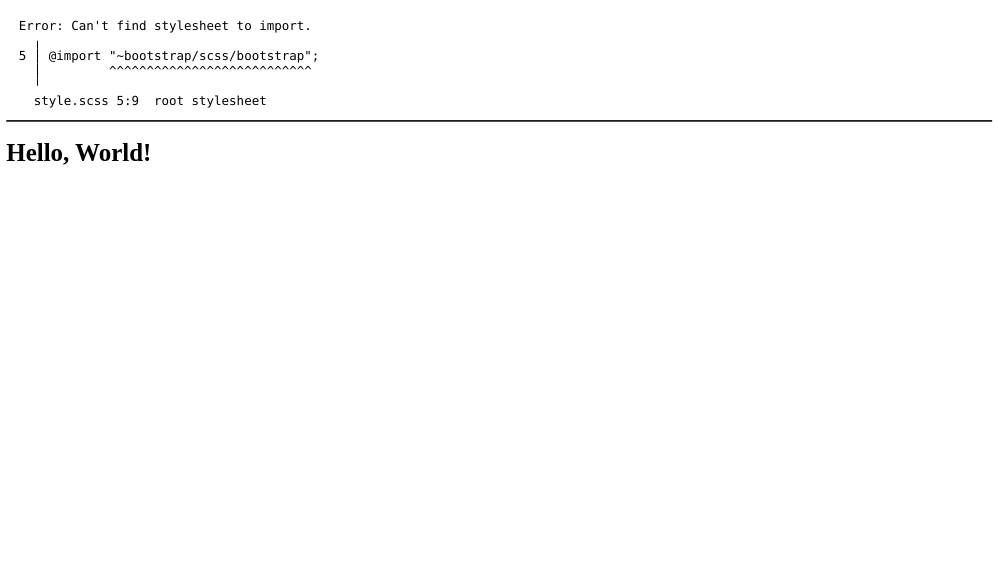
Repository: angeldavid233/GeoEx-Colombia
Page: / (app in geoex-colombia/)
The author's editor kept a copy of each file at every save. The page is drawn from the files as they stood at one save, then again after the next save.
The browser window is 1280 px wide. The pictures show the whole page, at 78% of full size.
The project was rebuilt for these pictures with package versions that can differ from the ones it lists, and the page was loaded fresh each time.

Above is the page before, as saved 2024-10-09 20:36:06.

### geoex-colombia/public/index.html
<!DOCTYPE html>
<html lang="en">
  <head>
    <meta charset="utf-8" />
    <link rel="icon" href="%PUBLIC_URL%/favicon.ico" />
    <meta name="viewport" content="width=device-width, initial-scale=1" />
    <meta
      name="description"
      content="Web site created using create-react-app"
    />
    <link rel="apple-touch-icon" href="%PUBLIC_URL%/logo192.png" />
    <!--
      manifest.json provides metadata used when your web app is installed on a
      user's mobile device or desktop. See https://developers.google.com/web/fundamentals/web-app-manifest/
    -->
    <link rel="manifest" href="%PUBLIC_URL%/manifest.json" />
    <!--
      Notice the use of %PUBLIC_URL% in the tags above.
      It will be replaced with the URL of the `public` folder during the build.
      Only files inside the `public` folder can be referenced from the HTML.

      Unlike "/favicon.ico" or "favicon.ico", "%PUBLIC_URL%/favicon.ico" will
      work correctly both with client-side routing and a non-root public URL.
      Learn how to configure a non-root public URL by running `npm run build`.
    -->
    <title>GeoEx-Colombia</title>
  </head>
  <body>
    <noscript>You need to enable JavaScript to run this app.</noscript>
    <div id="root"></div>
    <!--
      This HTML file is a template.
      If you open it directly in the browser, you will see an empty page.

      You can add webfonts, meta tags, or analytics to this file.
      The build step will place the bundled scripts into the <body> tag.

      To begin the development, run `npm start` or `yarn start`.
      To create a production bundle, use `npm run build` or `yarn build`.
    -->
  </body>
</html>

### geoex-colombia/src/index.js
import React from 'react';
import ReactDOM from 'react-dom/client';
import './scss/style.css';
import App from './App';

const root = ReactDOM.createRoot(document.getElementById('root'));
root.render(
  <React.StrictMode>
    <App />
  </React.StrictMode>
);

### geoex-colombia/src/scss/style.css
/* Error: Can't find stylesheet to import.
 *   ,
 * 5 | @import "~bootstrap/scss/bootstrap";
 *   |         ^^^^^^^^^^^^^^^^^^^^^^^^^^^
 *   '
 *   style.scss 5:9  root stylesheet */

body::before {
  font-family: "Source Code Pro", "SF Mono", Monaco, Inconsolata, "Fira Mono",
      "Droid Sans Mono", monospace, monospace;
  white-space: pre;
  display: block;
  padding: 1em;
  margin-bottom: 1em;
  border-bottom: 2px solid black;
  content: "Error: Can't find stylesheet to import.\a   \2577 \a 5 \2502  @import \"~bootstrap/scss/bootstrap\";\d\a   \2502          ^^^^^^^^^^^^^^^^^^^^^^^^^^^\a   \2575 \a   style.scss 5:9  root stylesheet";
}

### geoex-colombia/src/App.js
import React from 'react';

function App() {
  return (
    <div>
      <h1>Hello, World!</h1>
    </div>
  );
}

export default App;

After the next save:
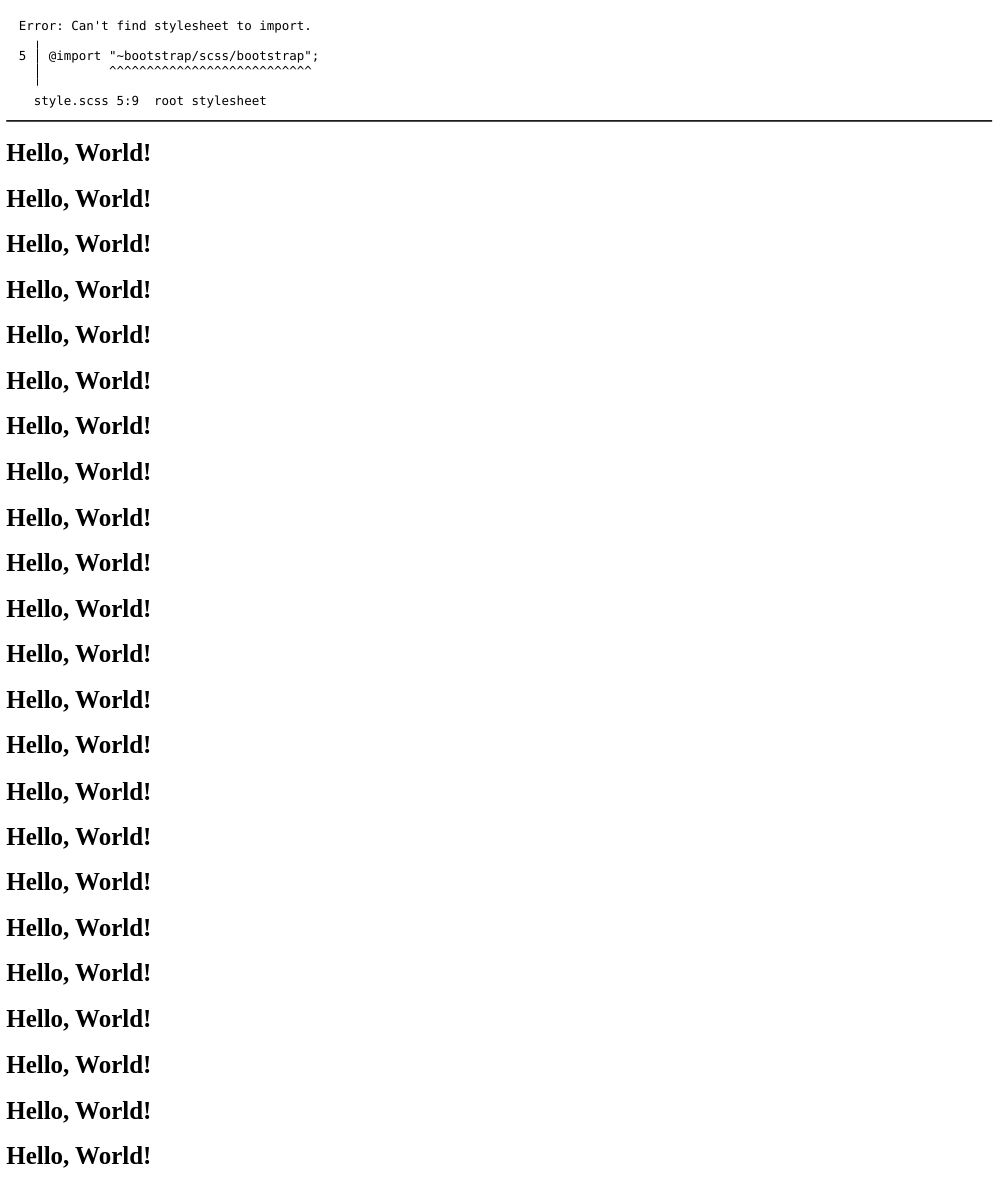
Saved 11 s later.
--- a/geoex-colombia/src/App.js
+++ b/geoex-colombia/src/App.js
@@ -4,6 +4,29 @@
   return (
     <div>
       <h1>Hello, World!</h1>
+      <h1>Hello, World!</h1>
+      <h1>Hello, World!</h1>
+      <h1>Hello, World!</h1>
+      <h1>Hello, World!</h1>
+      <h1>Hello, World!</h1>
+      <h1>Hello, World!</h1>
+      <h1>Hello, World!</h1>
+      <h1>Hello, World!</h1>
+      <h1>Hello, World!</h1>
+      <h1>Hello, World!</h1>
+      <h1>Hello, World!</h1>
+      <h1>Hello, World!</h1>
+      <h1>Hello, World!</h1>
+      <h1>Hello, World!</h1>
+      <h1>Hello, World!</h1>
+      <h1>Hello, World!</h1>
+      <h1>Hello, World!</h1>
+      <h1>Hello, World!</h1>
+      <h1>Hello, World!</h1>
+      <h1>Hello, World!</h1>
+      <h1>Hello, World!</h1>
+      <h1>Hello, World!</h1>
+
     </div>
   );
 }
